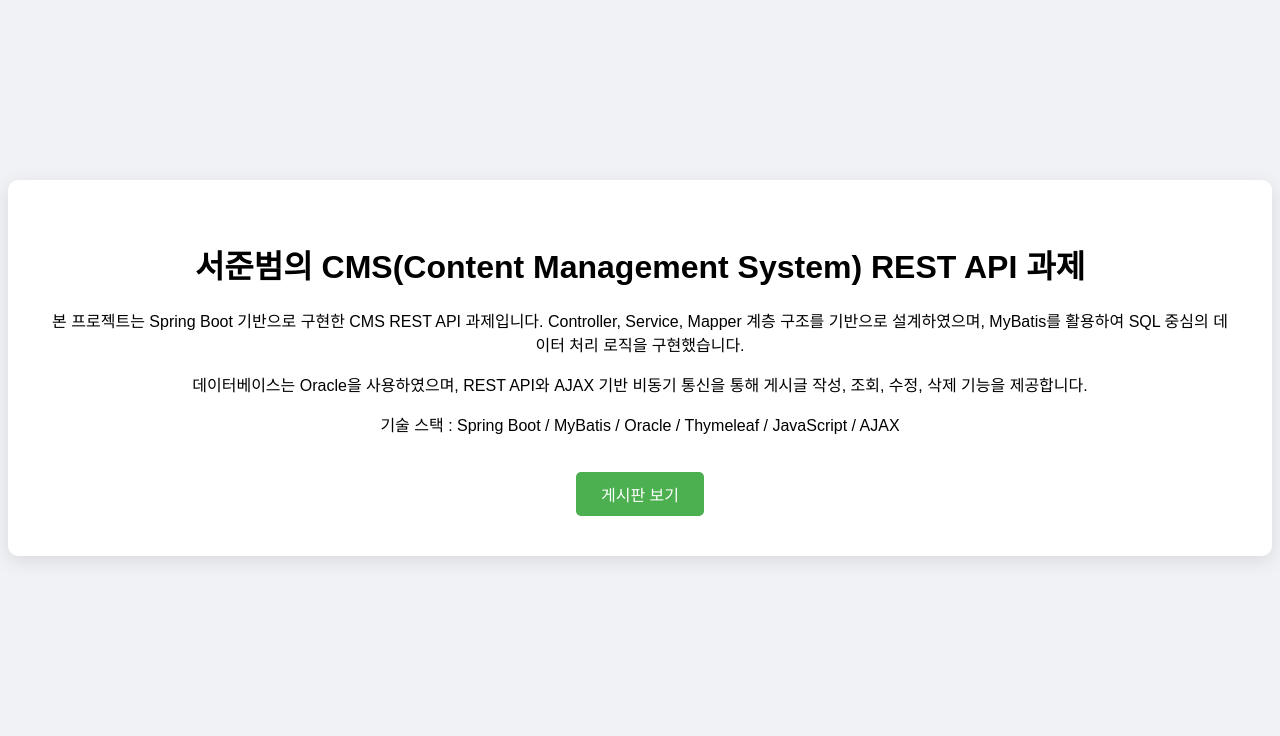
Repository: JunBeomSeo/CMS
Page: http://localhost/index
These files come from the project's save history. The page is drawn as it stood at one moment and after the next save; the edit follows.
The browser window is 1280 px wide. The pictures show the whole page.
The page is this project's Thymeleaf template; nobody is signed in. The template is opened directly, without the code that normally fills it, so the values that code supplies are empty.

Above is the page before, as saved 2026-03-27 16:35:15.

After the next save:
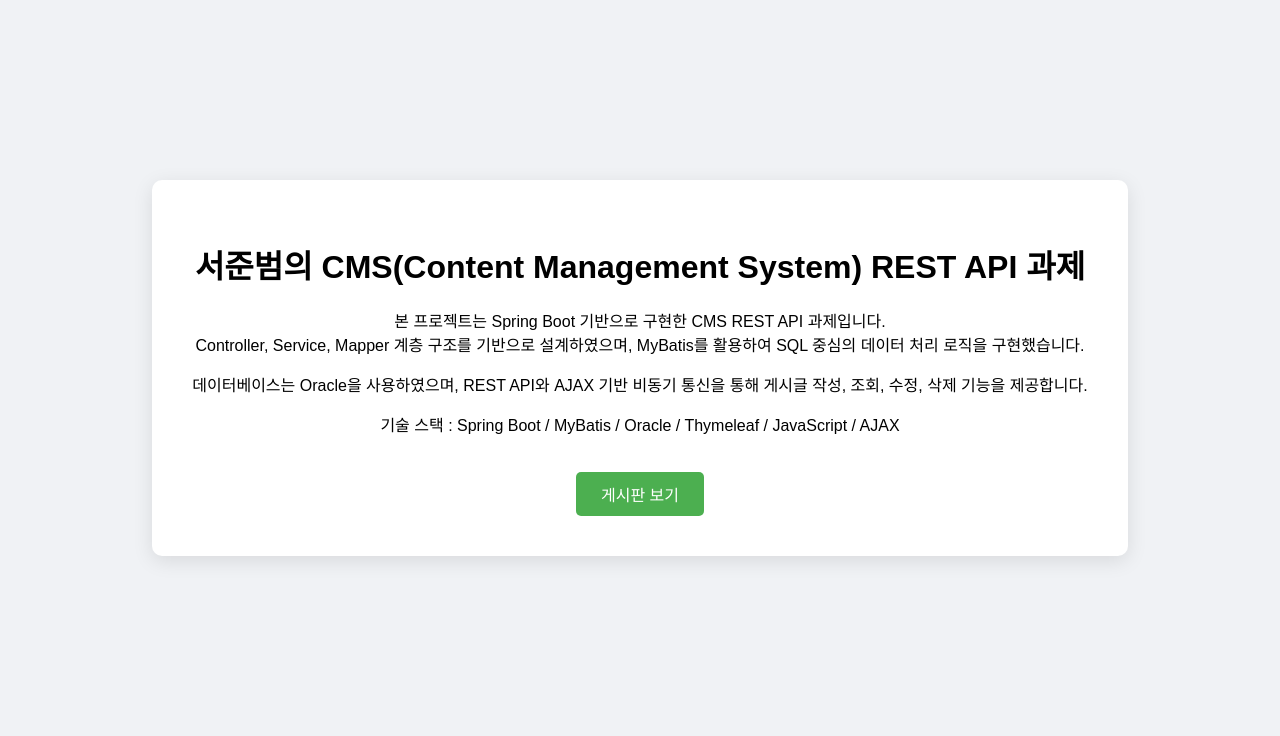
Saved 56 s later.
--- a/cms/src/main/resources/templates/index.html
+++ b/cms/src/main/resources/templates/index.html
@@ -11,7 +11,7 @@
 		<h1>서준범의 CMS(Content Management System) REST API 과제</h1>
 
 		<p>
-		본 프로젝트는 Spring Boot 기반으로 구현한 CMS REST API 과제입니다.
+		본 프로젝트는 Spring Boot 기반으로 구현한 CMS REST API 과제입니다.<br>
 		Controller, Service, Mapper 계층 구조를 기반으로 설계하였으며,
 		MyBatis를 활용하여 SQL 중심의 데이터 처리 로직을 구현했습니다.
 		</p>
